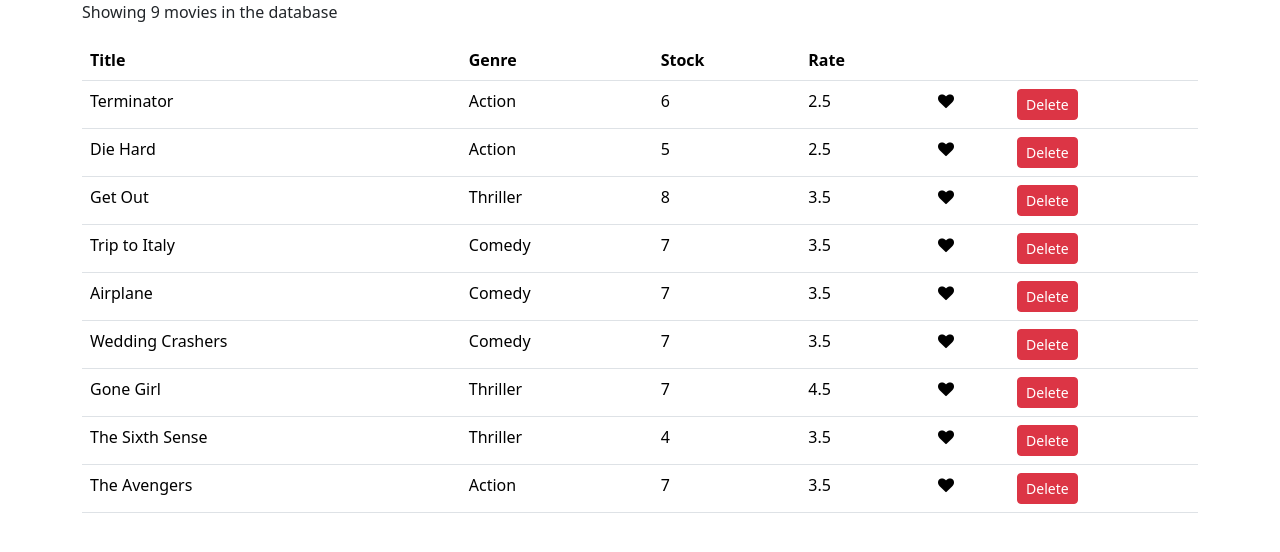
Repository: Edes2128/MovieTable-pagination-filter-sorting-in-React
Page: /
An editor plug-in stored every save of this project. The page is shown before and after a run of saves, followed by the edit.
The browser window is 1280 px wide. The pictures show the whole page.
The project was rebuilt for these pictures with package versions that can differ from the ones it lists, and the page was loaded fresh each time.

Above is the page before, as saved 2020-06-16 12:41:57.

### public/index.html
<!DOCTYPE html>
<html lang="en">
  <head>
    <meta charset="utf-8" />
    <link rel="icon" href="%PUBLIC_URL%/favicon.ico" />
    <meta name="viewport" content="width=device-width, initial-scale=1" />
    <meta name="theme-color" content="#000000" />
    <meta
      name="description"
      content="Web site created using create-react-app"
    />
    <link rel="apple-touch-icon" href="%PUBLIC_URL%/logo192.png" />

    <link rel="manifest" href="%PUBLIC_URL%/manifest.json" />

    <title>React App</title>
  </head>
  <body>
    <noscript>You need to enable JavaScript to run this app.</noscript>
    <div id="root"></div>
</html>

### src/index.js
import React from 'react';
import ReactDOM from 'react-dom';
import './index.css';
import 'bootstrap/dist/css/bootstrap.css';
//import App from './App'
import 'font-awesome/css/font-awesome.css'
import Movies from './components/movies'

ReactDOM.render(
  <React.StrictMode>
    <Movies />
  </React.StrictMode>,
  document.getElementById('root')
);

### src/components/movies.jsx
import React, { Component } from 'react';
import {getMovies} from '../services/fakeMovieService';
import Likes from './common/like'

class Movies extends Component {
    state = {
        movies: getMovies(),
     }
     handleDelete = (movie) => {
            const movies  = this.state.movies.filter(m => m._id !== movie._id);
            this.setState({movies})
     }
    render() {
            const {length : count} = this.state.movies
            if(count === 0) return <p>There are no movies in the database</p>
        return (
            <div className="container">
                <p>Showing {count} movies in the database</p>
            <table className="table">
                <thead>
                    <tr>
                        <th>Title</th>
                        <th>Genre</th>
                        <th>Stock</th>
                        <th>Rate</th>
                        <th></th>
                        <th></th>
                    </tr>
                </thead>
                <tbody>
                {this.state.movies.map(movie =>

                    <tr key={movie._id}>
                    <td >{movie.title}</td>
                    <td >{movie.genre.name}</td>
                    <td >{movie.numberInStock}</td>
                    <td>{movie.dailyRentalRate}</td>
                    <td><Likes liked={true}/></td>
                    <td><button onClick={() => this.handleDelete(movie)} className="btn btn-danger btn-sm">Delete</button></td>
                    </tr>
                    )}
                </tbody>
             </table>
             </div>
        );
    }
}
export default Movies;

### src/services/fakeMovieService.js
import * as genresAPI from "./fakeGenreService";

const movies = [
  {
    _id: "5b21ca3eeb7f6fbccd471815",
    title: "Terminator",
    genre: { _id: "5b21ca3eeb7f6fbccd471818", name: "Action" },
    numberInStock: 6,
    dailyRentalRate: 2.5,
    publishDate: "2018-01-03T19:04:28.809Z"
  },
  {
    _id: "5b21ca3eeb7f6fbccd471816",
    title: "Die Hard",
    genre: { _id: "5b21ca3eeb7f6fbccd471818", name: "Action" },
    numberInStock: 5,
    dailyRentalRate: 2.5
  },
  {
    _id: "5b21ca3eeb7f6fbccd471817",
    title: "Get Out",
    genre: { _id: "5b21ca3eeb7f6fbccd471820", name: "Thriller" },
    numberInStock: 8,
    dailyRentalRate: 3.5
  },
  {
    _id: "5b21ca3eeb7f6fbccd471819",
    title: "Trip to Italy",
    genre: { _id: "5b21ca3eeb7f6fbccd471814", name: "Comedy" },
    numberInStock: 7,
    dailyRentalRate: 3.5
  },
  {
    _id: "5b21ca3eeb7f6fbccd47181a",
    title: "Airplane",
    genre: { _id: "5b21ca3eeb7f6fbccd471814", name: "Comedy" },
    numberInStock: 7,
    dailyRentalRate: 3.5
  },
  {
    _id: "5b21ca3eeb7f6fbccd47181b",
    title: "Wedding Crashers",
    genre: { _id: "5b21ca3eeb7f6fbccd471814", name: "Comedy" },
    numberInStock: 7,
    dailyRentalRate: 3.5
  },
  {
    _id: "5b21ca3eeb7f6fbccd47181e",
    title: "Gone Girl",
    genre: { _id: "5b21ca3eeb7f6fbccd471820", name: "Thriller" },
    numberInStock: 7,
    dailyRentalRate: 4.5
  },
  {
    _id: "5b21ca3eeb7f6fbccd47181f",
    title: "The Sixth Sense",
    genre: { _id: "5b21ca3eeb7f6fbccd471820", name: "Thriller" },
    numberInStock: 4,
    dailyRentalRate: 3.5
  },
  {
    _id: "5b21ca3eeb7f6fbccd471821",
    title: "The Avengers",
    genre: { _id: "5b21ca3eeb7f6fbccd471818", name: "Action" },
    numberInStock: 7,
    dailyRentalRate: 3.5
  }
];

export function getMovies() {
  return movies;
}

export function getMovie(id) {
  return movies.find(m => m._id === id);
}

export function saveMovie(movie) {
  let movieInDb = movies.find(m => m._id === movie._id) || {};
  movieInDb.name = movie.name;
  movieInDb.genre = genresAPI.genres.find(g => g._id === movie.genreId);
  movieInDb.numberInStock = movie.numberInStock;
  movieInDb.dailyRentalRate = movie.dailyRentalRate;

  if (!movieInDb._id) {
    movieInDb._id = Date.now();
    movies.push(movieInDb);
  }

  return movieInDb;
}

export function deleteMovie(id) {
  let movieInDb = movies.find(m => m._id === id);
  movies.splice(movies.indexOf(movieInDb), 1);
  return movieInDb;
}

### src/components/common/like.jsx
import React, { Component } from 'react'


class Like extends Component {

    render() {

        let classes = "fa fa-heart"
        if(this.props.liked){


        }

        return ( <i class={classes} aria-hidden="true"></i> );
    }
}

export default Like;

Loaded but not shown: src/index.css (common file); src/services/fakeGenreService.js (common file)

After the next 3 saves:
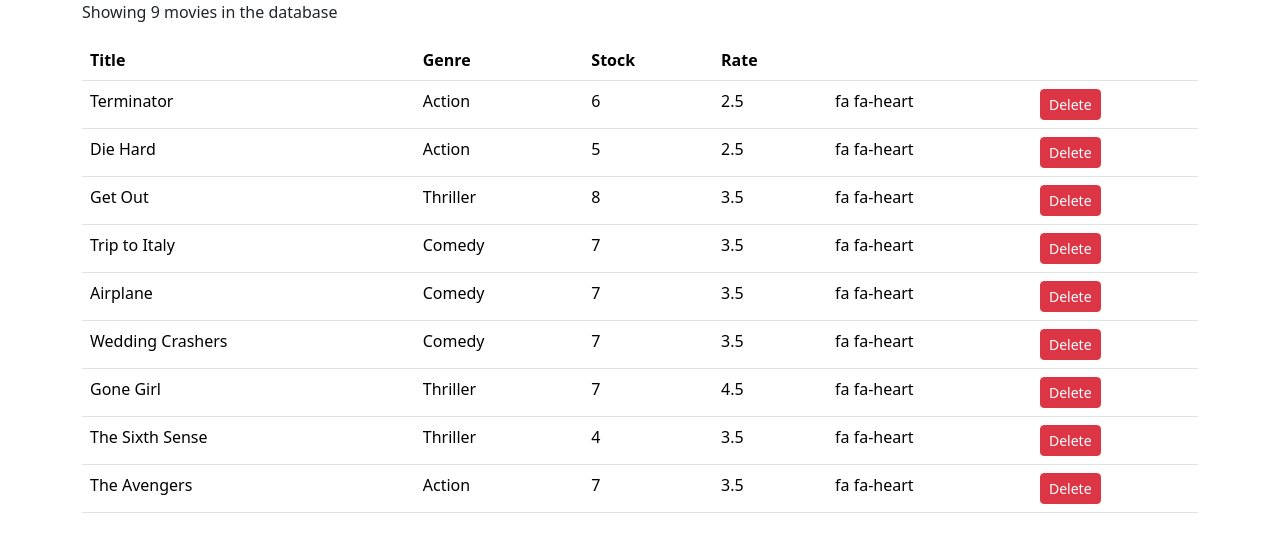
The 3 saves are shown as one change because they came seconds apart.
The last was saved 9 s later.
--- a/src/components/common/like.jsx
+++ b/src/components/common/like.jsx
@@ -7,9 +7,9 @@ class Like extends Component {
 
         let classes = "fa fa-heart"
         if(this.props.liked){
+            return classes;
 
-
-        }
+        }else{}
 
         return ( <i class={classes} aria-hidden="true"></i> );
     }
